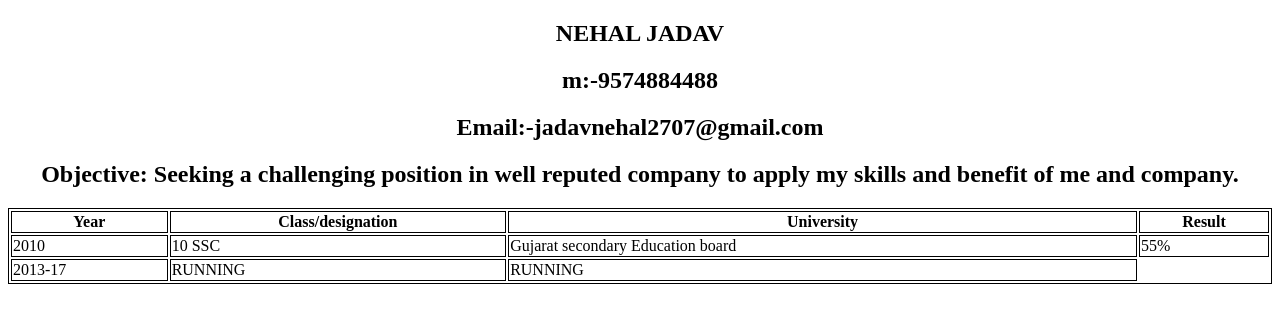
Repository: pratixa-chauhan/practice
Page: resume.html
The author's editor kept a copy of each file at every save. The page is drawn from the files as they stood at one save, then again after the next save.
The browser window is 1280 px wide. The pictures show the whole page.

Above is the page before, as saved 2021-12-21 01:13:24.

After the next save:
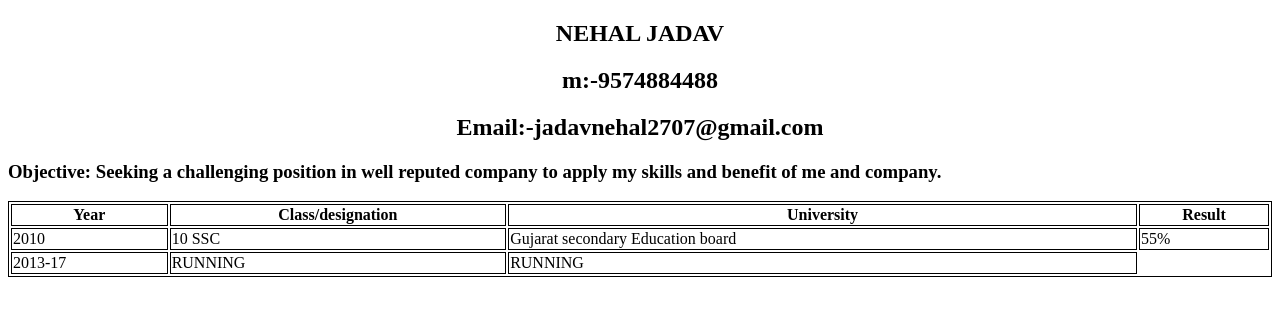
Saved 36 s later.
--- a/resume.html
+++ b/resume.html
@@ -21,8 +21,8 @@
     <h2>NEHAL JADAV</h2>
     <h2> m:-9574884488</h2>
     <h2>Email:-jadavnehal2707@gmail.com</h2>
-    <h2>Objective: Seeking a challenging position in well reputed company to       apply my skills and benefit of me and company.
-    </h2>
+    <h3>Objective: Seeking a challenging position in well reputed company to       apply my skills and benefit of me and company.
+    </h3>
     <style>
         table, th, td {
           border:1px solid black;
